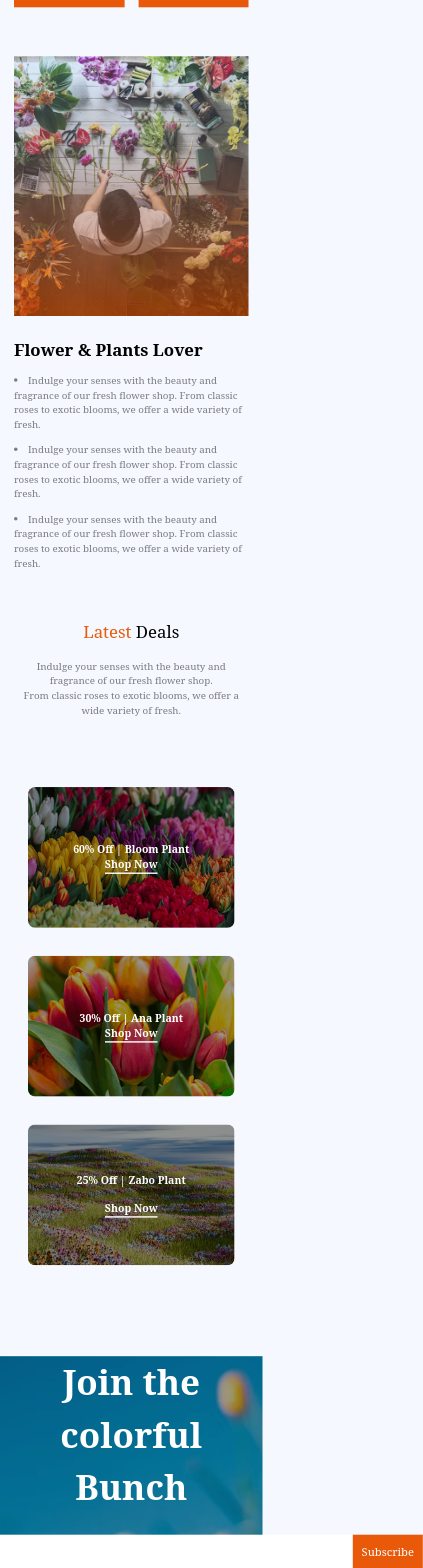
Repository: nahid-hasann/website-7
Page: index.html
An editor plug-in stored every save of this project. The page is shown before and after the next save, followed by the edit.
The browser window is 375 px wide. The page is 604 px wide, so the pictures cover 604 px, including what lies to the right of the window. The pictures show the part of the page from y = 2259 to 4499 px (the page is 4499 px tall before and 4485 px after), at 70% of full size.
Some web libraries are served in a nearby version.

Above is the page before, as saved 2025-07-24 21:27:27.

### index.html
<!DOCTYPE html>
<html lang="en">
<head>
    <meta charset="UTF-8">
    <meta name="viewport" content="width=device-width, initial-scale=1.0">
    <title> website-7 </title>
    <link rel="stylesheet" href="style.css">
     <script src="https://cdn.jsdelivr.net/npm/@tailwindcss/browser@4"></script>
    <link rel="stylesheet" href="https://cdnjs.cloudflare.com/ajax/libs/font-awesome/7.0.0/css/all.min.css" integrity="sha512-DxV+EoADOkOygM4IR9yXP8Sb2qwgidEmeqAEmDKIOfPRQZOWbXCzLC6vjbZyy0vPisbH2SyW27+ddLVCN+OMzQ==" crossorigin="anonymous" referrerpolicy="no-referrer" />
   <link rel="preconnect" href="https://fonts.googleapis.com">
<link rel="preconnect" href="https://fonts.gstatic.com" crossorigin>
<link href="https://fonts.googleapis.com/css2?family=Noto+Serif:ital,wght@0,100..900;1,100..900&display=swap" rel="stylesheet">
</head>
<body class="noto-serif-nahid">


    <header>
        <nav>
            <div class="nav-logo">
                <img src="assets/logo.png" alt="">
            </div>
            <div class="nav-menu">
                <ul>
                    <li class="ul-li" style="color: black; font-weight: bold;">Home</li>
                    <li class="ul-li" >Shop</li>
                    <li class="ul-li" >About us</li>
                    <li class="last-li" style="color: black;"><i class="fa-solid fa-cart-shopping"></i>Cart ($56)</li>
                </ul>
            </div>
        </nav>
    </header>

    <main>

        <section class="banner">
            <div class="banner-section">
                <div class="banner-description">
                    <h1>ALWAYS <span style="color: #e85a0a;">FRESH <br> FLOWERS</span></h1>
                    <p>Indulge your senses with the beauty and fragrance of our fresh flower shop. From classic roses to exotic blooms, we offer a wide variety of fresh flowers that are perfect for any occasion.  </p>
                </div>
                <div class="banner-img">
                    <img src="assets/hero-flower.png" alt="">
                </div>
            </div>
        </section>

        <section class="plants-section">
             <h1> <span style="color: #e85a0a;">Our</span> Plants</h1>
             <p>Indulge your senses with the beauty and fragrance of our fresh flower shop. From classic roses to exotic blooms, we offer a wide variety of fresh.</p>
             <div class="plants-card">
                <div class="card">
                    <img src="assets/sample-flower-image.png" alt="">
                    <h4>Lily Blossom</h4>
                    <h2>20 USD</h2>
                    <button class="btn">ADD TO CART</button>
                </div>
                 <div class="card">
                    <img src="assets/sample-flower-image.png" alt="">
                    <h4>Lily Blossom</h4>
                    <h2>20 USD</h2>
                    <button class="btn">ADD TO CART</button>
                </div>
                 <div class="card">
                    <img src="assets/sample-flower-image.png" alt="">
                    <h4>Lily Blossom</h4>
                    <h2>20 USD</h2>
                    <button class="btn">ADD TO CART</button>
                </div>
                 <div class="card">
                    <img src="assets/sample-flower-image.png" alt="">
                    <h4>Lily Blossom</h4>
                    <h2>20 USD</h2>
                    <button class="btn">ADD TO CART</button>
                </div>
                 <div class="card">
                    <img src="assets/sample-flower-image.png" alt="">
                    <h4>Lily Blossom</h4>
                    <h2>20 USD</h2>
                    <button class="btn">ADD TO CART</button>
                </div>
                 <div class="card">
                    <img src="assets/sample-flower-image.png" alt="">
                    <h4>Lily Blossom</h4>
                    <h2>20 USD</h2>
                    <button class="btn">ADD TO CART</button>
                </div>
                 <div class="card">
                    <img src="assets/sample-flower-image.png" alt="">
                    <h4>Lily Blossom</h4>
                    <h2>20 USD</h2>
                    <button class="btn">ADD TO CART</button>
                </div>
                 <div class="card">
                    <img src="assets/sample-flower-image.png" alt="">
                    <h4>Lily Blossom</h4>
                    <h2>20 USD</h2>
                    <button class="btn">ADD TO CART</button>
                </div>
             </div>
        </section>

        <section class="plants-lover-section">
            <div class="plants-lover-div">
                <div class="plants-lover-img">
                <img src="assets/flower-store.png" alt="">
                <div class="badge">
                    <img class="badge-img" src="assets/trusted-badge.png" alt="">
                </div>
            </div>
            <div class="plants-lover-content">
                <h1>Flower & Plants Lover</h1>
                <or>
                    <li>Indulge your senses with the beauty and fragrance of our fresh flower shop. From classic roses to exotic blooms, we offer a wide variety of fresh.</li>
                    <li>Indulge your senses with the beauty and fragrance of our fresh flower shop. From classic roses to exotic blooms, we offer a wide variety of fresh.</li>
                    <li>Indulge your senses with the beauty and fragrance of our fresh flower shop. From classic roses to exotic blooms, we offer a wide variety of fresh.</li>
                </or>
            </div>
            </div>
        </section>

        <section class="offer-main-section">

            <h1 class="text-[50px]"><span style="color: #e85a0a;">Latest</span>  Deals</h1>
            <p>Indulge your senses with the beauty and fragrance of our fresh flower shop. <br> From classic roses to exotic blooms, we offer a wide variety of fresh.</p>

           <div class="offer-section">
            <div class="card card-1">
                 <h3>60% Off | Bloom Plant</h3>
                 <a href="#">Shop Now</a>
            </div>
            <div class="card big-card">
                <h2>25% Off | Zabo Plant</h2>
                <a href="#">Shop Now</a>
            </div>
            <div class="card card-2">
                 <h3>30% Off | Ana Plant</h3>
                 <a href="#">Shop Now</a>
            </div>

           </div>

  </section>

  <section class="subscribe-section">

    <h1>Join the colorful Bunch</h1>

    <div class="subscibe">
        <input type="text" name="" placeholder="Write email" id="">
        <button class="btn-2">Subscribe</button>
    </div>
  </section>


    </main>




</body>
</html>

### style.css


*{
    margin: 0;
    padding: 0;
    box-sizing: border-box;
}


.noto-serif-nahid {
  font-family: "Noto Serif", serif;
  font-optical-sizing: auto;
  font-style: normal;
  font-variation-settings:
    "wdth" 100;
}

body{
    background-color: #f5f8ff;
}



/* header suru  */

header{
   margin: 20px auto;
   max-width: 1140px;
}

nav{
    display: flex;
    justify-content: space-between;
    align-items: center;
}

.nav-logo img{
    width: 100%;
}

.nav-menu ul{
     display: flex;
     gap: 30px;
     align-items: center;
     justify-content: center;
     margin: auto 0;
}

.nav-menu ul li{
    color: rgba(137, 135, 161, 1);
    font-weight: 400;
}


/* header sesh  */

/* banner-section  */

.banner{
    margin: 230px auto 130px auto;
    max-width: 1140px;

}

.banner-section{
     display: flex;
     align-items: end;
     justify-content: center;
}

.banner-description h1{
    font-size: 65px;
    font-weight: 800;

}

.banner-description p{
    font-size: 22px;
    color: #7b7c80;
}

.banner-img img{
    max-width: 570px;
}

/* banner-section  */

/* plants-section suru */

.plants-section{
    width: 1140px;
    margin: 130px auto;
}

.plants-section h1{
    text-align: center;
    font-size: 50px;
    margin-bottom: 14px;
    font-weight: 700;
}

.plants-card{
    display: grid;
    grid-template-columns: 1fr 1fr 1fr 1fr;
    gap: 30px;
    row-gap: 60px;
    margin-top: 60px;
}

.plants-section p{
    font-size: 22px;
    color: #7b7c80;
    text-align: center;
}

.card {
    display: flex;
    flex-direction: column;
    align-items: center;
    justify-content: center;
}

.card h4{
    font-size: 22px;
    font-weight: 300;
    margin-top: 18px;
}

.card h2{
    font-size: 22px;
    font-weight: 700;
    margin-bottom: 18px;
}

.btn{
    background-color: #e85a0a;
    width: 100%;
    padding: 13px 0;
    color: white;
}

/* plants-section sesh  */

/* plants-lover-section suru  */

.plants-lover-section{
    width: 1140px;
    margin: 180px auto 130px auto;
}



.plants-lover-div{
     display: grid;
     grid-template-columns: 1fr 1fr;
    align-items: center;
    justify-content: center;
    gap: 60px;
}

.plants-lover-img{
    position: relative;
}

.badge-img{
    position: absolute;
    top: -80px;
    right: -80px;
    width: 200px;
    z-index: 999;
     animation-name: zoominout;
    animation-timing-function: ease-in-out;
    animation-iteration-count: infinite;
    animation-duration: 4s;
}

@keyframes zoominout{
    0%, 100%{
        transform: scale(1);
    }

    50%{
        transform: scale(1.1);
    }
}



.plants-lover-content h1{
     font-size: 50px;
     font-weight: 700;
}

.plants-lover-content or li{
    font-size: 22px;
    color: #7b7c80;
}

/* plants-lover-section sesh  */


/* offer-section start  */

.offer-main-section{
    width: 1140px;
    margin: 130px auto;
}

.offer-main-section h1{
    text-align: center;
    margin-bottom: 20px;
}

.offer-main-section p{
    color: #7b7c80;
    text-align: center;
    margin-bottom: 100px;
    font-size: 24px;
}

.offer-section{
    display: grid;
    grid-template-columns: 1fr 2fr;
    margin: auto;
    width: 1140px;
    gap: 40px;
    grid-auto-rows: 201px;
    margin-top: 50px;
}

.card{
    border-radius: 10px;
}

.card h3{
    font-size: 20px;
    font-weight: 600;
    color: white;
}

.card a{
    border-bottom: 2px solid white;
    color: white;
    font-size: 20px;
    font-weight: 600;
}

.big-card h2{
    font-size: 40px;
    color: white;
}

.card-1{
    background: linear-gradient(rgba(0, 0, 0, 0.4), rgba(0, 0, 0, 0.4)), url('assets/deal-bloom.png') ;
    height: 201px;
    grid-column: 1;
    grid-row: 1;
     background-repeat: no-repeat;
    background-position: center;
    background-size: cover;
}

.big-card{
    background: linear-gradient(rgba(0, 0, 0, 0.4), rgba(0, 0, 0, 0.4)),   url('assets/deal-zabo.png');
    grid-column: 2;
    grid-row: span 2;
    background-repeat: no-repeat;
    background-position: center;
    background-size: cover;
}

.card-2{
        background: linear-gradient(rgba(0, 0, 0, 0.4), rgba(0, 0, 0, 0.4)),   url('assets/deal-ana.png');
        height: 201px;
        grid-column: 1;
    grid-row: 2;
     background-repeat: no-repeat;
    background-position: center;
    background-size: cover;
}

/* offer-section end  */

/* subscribe-section start  */

.subscribe-section{
    margin: 130px 0 0 0;
    background: url('assets/news-letter-bg.png') ;
    height: 533px;
    display: flex;
    flex-direction: column;
    align-items: center;
    justify-content: center;
}

.subscribe-section h1{
    font-size: 50px;
    text-align: center;
    margin-bottom: 30px;
    color: white;
    font-weight: 700;
}

.subscibe{
    display: flex;
}

.subscibe input{
    background-color: white;
    width: 733px;
    padding: 12px 50px 12px 15px;

}

.btn-2{
    background-color: #e85a0a;
    padding: 12px ;
    color: white;
    width: 100px;
}

/* subscribe-section end  */








/* media screen  */

@media screen and (max-width:575px) {
    header{
        width: 100%;
    }

nav{
    margin:0 30px;

}

.nav-logo img{
    width: 63px;
}
    .ul-li{
        display: none;
    }

    .banner{
        max-width: 575px;
        margin-top: 70px ;
        margin-bottom: 70px;
    }

    .banner-section{
        flex-direction: column-reverse;

    }

    .banner-description{
        margin-left: 30px;
    }

    .banner-description h1{
    font-size: 24px;
}

.banner-description p{
    font-size: 14px;
}

.banner-img img{
    max-width: 400px;
    margin-bottom: 80px;
}

.plants-section{
    width: 100% ;
    padding: 0 20px ;
    margin: 70px 0;

}

.plants-card{
    display: grid;
    grid-template-columns: 1fr 1fr;
    gap: 20px;
    row-gap: 40px;
}

.plants-section h1{
    font-size: 24px;
}
.plants-section p{
    font-size: 14px;
}

.card h4{
    font-size: 15px;
}

.card h2{
    font-size: 15px;
}

.btn{
    font-size: 15px;
}

.plants-lover-section{
    width: 100%;
    margin: 70px 0;
    padding: 0 20px;
}

.plants-lover-div{
    grid-template-columns: 1fr;
}

.badge-img{
    display: none;
}


.plants-lover-content h1{
    font-size: 24px;
    margin-top: -30px;
}

.plants-lover-content or li{
    font-size: 14px;
}

.plants-lover-content or li:nth-child(2){
    margin-top: 15px;
    margin-bottom: 15px;
}

.plants-lover-content or li:first-child{
    margin-top: 15px;
}

.offer-main-section{
    width: 100%;
    padding: 0 20px;
    margin-top: 70px ;
    margin-bottom: 70px;
}

.offer-main-section h1{
    font-size: 24px;
}

.offer-main-section p{
    font-size: 14px;
    margin-top: 15px;
}

.offer-section{
    grid-template-columns: 1fr;
    width: 100%;
    margin: 0px 0 70px 0;
    padding: 0 20px;
}

.card h3 {
    font-size: 15px;
}

.card a{
    font-size: 15px;
}

.big-card h2{
    font-size: 15px;
}

.card-1{
    grid-column: 1;
    grid-row: 1;
}

.card-2{
    grid-column: 1;
    grid-row: 2;
}

.big-card{
    grid-column: 1;
    grid-row: 3;
}

.subscribe-section{
    height: auto;
}

}

After the next save:
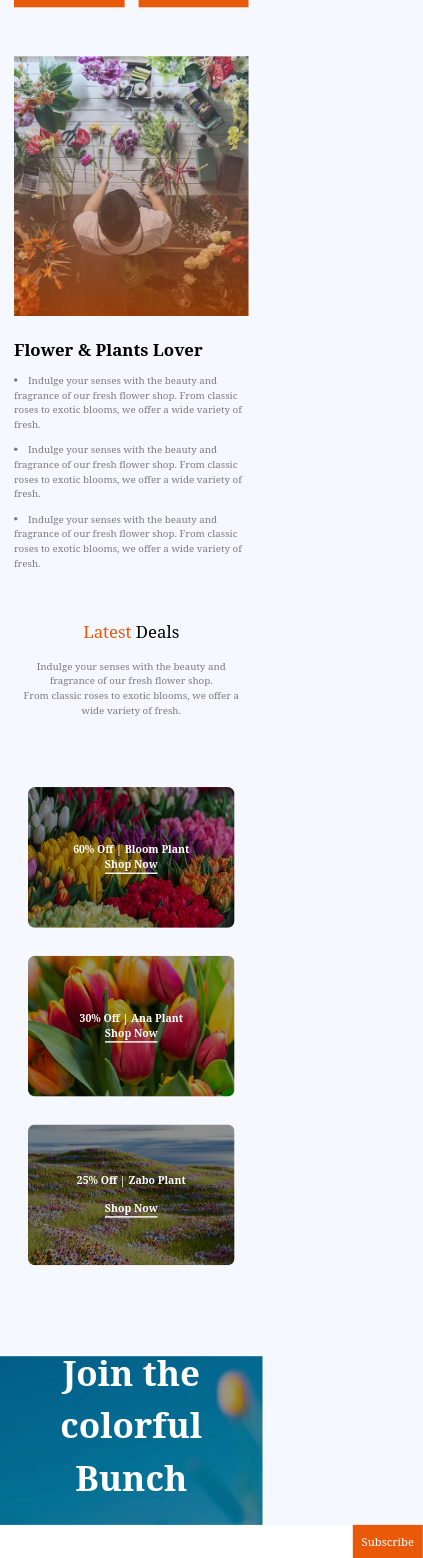
Saved 27 s later.
--- a/style.css
+++ b/style.css
@@ -492,7 +492,7 @@ nav{
 }
 
 .subscribe-section{
-    height: auto;
-}
-
-}
+    height: 276px;
+}
+
+}
